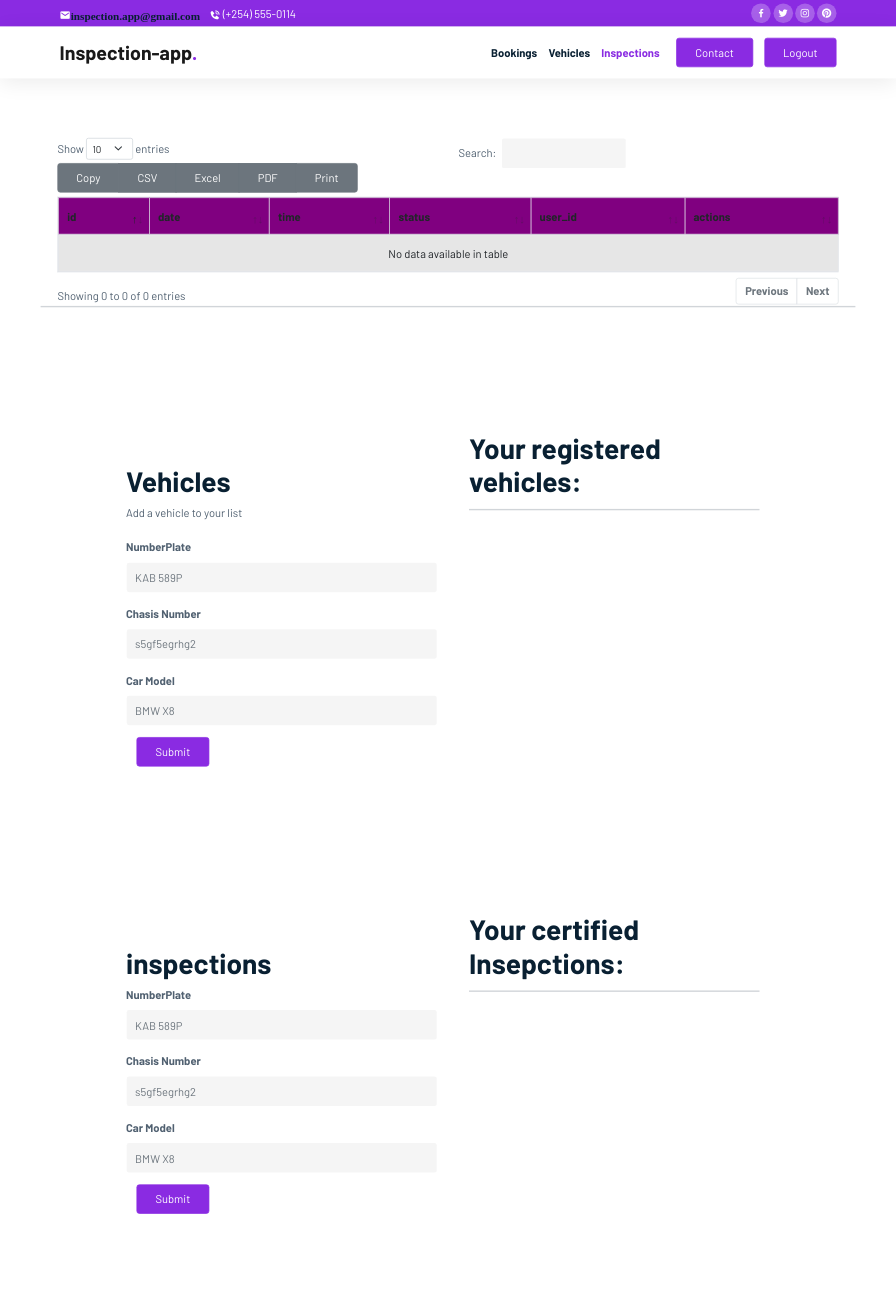
Repository: Jaynie8085/INSPECTION-APP
Page: client/admnDashboard.html
These files come from the project's save history. The page is drawn as it stood at one moment and after the next save; the edit follows.
The browser window is 1280 px wide. The pictures show the whole page, at 70% of full size.
The page's requests for data from a server got no answer.

Above is the page before, as saved 2022-10-17 06:01:19.
Console error: ReferenceError: fetchBookings is not defined

### client/admnDashboard.html
<!DOCTYPE html>
<html lang="en">

<head>
    <meta charset="UTF-8">
    <meta http-equiv="X-UA-Compatible" content="IE=edge">
    <meta name="viewport" content="width=device-width, initial-scale=1.0">
    <script src="/js/axios/dist/axios.min.js"></script>
    <script src="main.js"></script>
    <!-- Bootstrap CSS -->
    <link rel="stylesheet" href="css/bootstrap.min.css">
    <link rel="stylesheet" href="css/owl.carousel.min.css">
    <link rel="stylesheet" href="css/owl.theme.default.min.css">
    <link href='https://unpkg.com/boxicons@2.1.1/css/boxicons.min.css' rel='stylesheet'>
    <link rel="stylesheet" href="https://stackpath.bootstrapcdn.com/bootstrap/4.1.3/css/bootstrap.min.css"
        integrity="sha384-MCw98/SFnGE8fJT3GXwEOngsV7Zt27NXFoaoApmYm81iuXoPkFOJwJ8ERdknLPMO" crossorigin="anonymous">
    <link rel="stylesheet" href="css/style.css">
    <link rel="stylesheet" href="assets/css/datatables.min.css">
    <!-- <link rel="stylesheet" href="assets/css/style.css"> -->
    <title>userDashboard</title>
</head>

<body>

    <body data-bs-spy="scroll" data-bs-target=".navbar" data-bs-offset="70">


        <!-- TOP NAV -->
        <div class="top-nav" id="home">
            <div class="container">
                <div class="row justify-content-between">
                    <div class="col-auto">
                        <p> <i class='bx bxs-envelope'><a href="admnDashboard.html">inspection.app@gmail.com</p></a></i>
                        <p> <i class='bx bxs-phone-call'></i> (+254) 555-0114</p>
                    </div>
                    <div class="col-auto social-icons">
                        <a href="#"><i class='bx bxl-facebook'></i></a>
                        <a href="#"><i class='bx bxl-twitter'></i></a>
                        <a href="#"><i class='bx bxl-instagram'></i></a>
                        <a href="#"><i class='bx bxl-pinterest'></i></a>
                    </div>
                </div>
            </div>
        </div>

        <!-- BOTTOM NAV -->
        <nav class="navbar navbar-expand-lg navbar-light bg-white sticky-top">
            <div class="container">
                <a class="navbar-brand" href="admnDashboard.html">Inspection-app<span class="dot">.</span></a>
                <button class="navbar-toggler" type="button" data-bs-toggle="collapse" data-bs-target="#navbarNav"
                    aria-controls="navbarNav" aria-expanded="false" aria-label="Toggle navigation">
                    <span class="navbar-toggler-icon"></span>
                </button>
                <div class="collapse navbar-collapse" id="navbarNav">
                    <ul class="navbar-nav ms-auto">
                        <li class="nav-item">
                            <a class="nav-link" href="#home">Bookings</a>
                        </li>
                        <li class="nav-item">
                            <a class="nav-link" href="#vehicles">Vehicles</a>
                        </li>
                        <li class="nav-item">
                            <a class="nav-link" href="#inspections">Inspections</a>
                        </li>
                        </li>
                    </ul>
                    <a href="#" data-bs-toggle="modal" data-bs-target="#exampleModal"
                        class="btn btn-brand ms-lg-3">Contact</a>
                    <!-- Logout -->
                    <a href="index.html" class="btn btn-brand ms-lg-3">Logout</a>
                </div>

            </div>
        </nav>
        <!-- Bookings -->
        <section id="profile">
            <div class="container">
                <div class="row justify-content-center">
                    <table id="example" class="table table-striped table-bordered">
                        <thead class="" style="background-color:purple">
                            <tr>
                                <th>id</th>
                                <th>date</th>
                                <th>time</th>
                                <th>status</th>
                                <th>user_id</th>
                                <th>actions</th>
                            </tr>
                        </thead>
                        <tbody editable="true" id="mwili">
                            <!-- Add tbody here | DOM Manupilation -->
                        </tbody>
                    </table>
                    <!-- <div id="data-table" class="col-lg-5">
                        <ul id="bookings-list">
                        </ul>
                    </div> -->
                    <hr>
                </div>
            </div>
        </section>

        <!-- vehicles -->
        <section id="vehicles">
            <div class="container">
                <div class="row justify-content-center">
                    <div id="customer-frm" class="col-lg-5 py-5">
                        <form>
                            <h1>Vehicles</h1>
                            <p>Add a vehicle to your list</p>
                            <div class="form-group">
                                <label for="numberplate" class="form-label">NumberPlate</label>
                                <input type="text" class="form-control" placeholder="KAB 589P" id="numberplate"
                                    aria-describedby="emailHelp">
                            </div>
                            <div class="form-group">
                                <label for="chasisnumber" class="form-label">Chasis Number </label>
                                <input type="text" class="form-control" placeholder="s5gf5egrhg2" id="chasisnumber"
                                    aria-describedby="emailHelp">
                            </div>
                            <div class="form-group">
                                <label for="model" class="form-label">Car Model</label>
                                <input type="model" class="form-control" placeholder="BMW X8" id="model"
                                    aria-describedby="emailHelp">
                            </div>

                            <div class="col-12">
                                <button type="submit" class="btn btn-brand" onclick="vehicles();">Submit</button>
                            </div>
                        </form>
                    </div>
                    <div class="col-lg-5">
                        <div class="container center">
                            <h1>Your registered vehicles:</h1>
                            <div>
                                <ul id="quote-list">
                                </ul>
                            </div>
                            <hr>
                        </div>
                    </div>
                </div>
            </div>
            </div>
        </section>

        <!-- inspections -->
        <section id="inspections">
            <div class="container">
                <div class="row justify-content-center">
                    <div id="customer-frm" class="col-lg-5 py-5">
                        <form>
                            <h1>inspections</h1>
                            <!-- <p>Add a vehicle to your list</p> -->
                            <div class="form-group">
                                <label for="numberplate" class="form-label">NumberPlate</label>
                                <input type="text" class="form-control" placeholder="KAB 589P" id="numberplate"
                                    aria-describedby="emailHelp">
                            </div>
                            <div class="form-group">
                                <label for="chasisnumber" class="form-label">Chasis Number </label>
                                <input type="text" class="form-control" placeholder="s5gf5egrhg2" id="chasisnumber"
                                    aria-describedby="emailHelp">
                            </div>
                            <div class="form-group">
                                <label for="model" class="form-label">Car Model</label>
                                <input type="model" class="form-control" placeholder="BMW X8" id="model"
                                    aria-describedby="emailHelp">
                            </div>
                            <!-- <div class="col-12">
                        <label for="exampleInputEmail1" class="form-label">Enter General Description</label>
                        <textarea name="" placeholder="Type in your cars general description." class="form-contid=""  rows="4"></textarea>
                    </div> -->

                            <div class="col-12">
                                <button type="submit" class="btn btn-brand" onclick="vehicles();">Submit</button>
                            </div>
                        </form>
                    </div>
                    <div class="col-lg-5">
                        <div class="container center">
                            <h1>Your certified Insepctions:</h1>
                            <div>
                                <ul id="quote-list">
                                </ul>
                            </div>
                            <hr>
                        </div>
                    </div>
                </div>
            </div>
            </div>
        </section>

        <!-- Modal -->
        <div class="modal fade" id="exampleModal" tabindex="-1" aria-labelledby="exampleModalLabel" aria-hidden="true">
            <div class="modal-dialog modal-dialog-centered modal-xl">
                <div class="modal-content">
                    <div class="modal-body p-0">
                        <div class="container-fluid">
                            <div class="row gy-4">
                                <div class="col-lg-4 col-sm-12 bg-cover"
                                    style="background-image: url(img/isco.jpg); min-height:300px;">
                                    <div>

                                    </div>
                                </div>
                                <div class="col-lg-8">
                                    <form class="p-lg-5 col-12 row g-3">
                                        <div>
                                            <h1>Get in touch</h1>
                                            <p>Feel free to contact us and we will get back to you as soon as possible
                                            </p>
                                        </div>
                                        <div class="col-lg-6">
                                            <label for="userName" class="form-label">First name</label>
                                            <input type="text" class="form-control" placeholder="John" id="userName"
                                                aria-describedby="emailHelp">
                                        </div>
                                        <div class="col-lg-6">
                                            <label for="userName" class="form-label">Last name</label>
                                            <input type="text" class="form-control" placeholder="kamau" id="userName"
                                                aria-describedby="emailHelp">
                                        </div>
                                        <div class="col-12">
                                            <label for="userName" class="form-label">Email address</label>
                                            <input type="email" class="form-control" placeholder="Johnkamaa@gmail.com"
                                                id="userName" aria-describedby="emailHelp">
                                        </div>
                                        <div class="col-12">
                                            <label for="exampleInputEmail1" class="form-label">Enter Message</label>
                                            <textarea name=""
                                                placeholder="Yes,how can we help you,Type your message here."
                                                class="form-control" id="" rows="4"></textarea>
                                        </div>

                                        <div class="col-12">
                                            <button type="submit" class="btn btn-brand">Send Message</button>
                                        </div>
                                    </form>
                                </div>
                            </div>
                        </div>
                    </div>

                </div>
            </div>
        </div>


        <div class="modal fade" id="exampleModal" tabindex="-1" aria-labelledby="exampleModalLabel" aria-hidden="true">
            <div class="modal-dialog modal-dialog-centered modal-xl">
                <div class="modal-content">
                    <div class="modal-body p-0">
                        <div class="container-fluid">
                            <div class="row gy-4">
                                <div class="col-lg-4 col-sm-12 bg-cover"
                                    style="background-image: url(img/c2.jpg); min-height:300px;">
                                    <div>

                                    </div>
                                </div>
                                <div class="col-lg-8">
                                    <form class="p-lg-5 col-12 row g-3">
                                        <div>
                                            <h1>Get in touch with us</h1>
                                            <p>Feel free to contact us and we will get back to you as soon as possible
                                            </p>
                                        </div>
                                        <div class="col-lg-6">
                                            <label for="userName" class="form-label">First name</label>
                                            <input type="text" class="form-control" placeholder="John" id="userName"
                                                aria-describedby="emailHelp">
                                        </div>
                                        <div class="col-lg-6">
                                            <label for="userName" class="form-label">Last name</label>
                                            <input type="text" class="form-control" placeholder="kamau" id="userName"
                                                aria-describedby="emailHelp">
                                        </div>
                                        <div class="col-12">
                                            <label for="userName" class="form-label">Email address</label>
                                            <input type="email" class="form-control" placeholder="Johnkamaa@gmail.com"
                                                id="userName" aria-describedby="emailHelp">
                                        </div>
                                        <div class="col-12">
                                            <label for="exampleInputEmail1" class="form-label">Enter Message</label>
                                            <textarea name=""
                                                placeholder="Yes,how can we help you,Type your message here,,,"
                                                class="form-control" id="" rows="4"></textarea>
                                        </div>

                                        <div class="col-12">
                                            <button type="submit" class="btn btn-brand">Send Message</button>
                                        </div>
                                    </form>
                                </div>
                            </div>
                        </div>
                    </div>

                </div>
            </div>
        </div>

    <script src="assets/js/bootstrap.bundle.min.js"></script>
    <script src="assets/js/jquery-3.6.0.min.js"></script>
    <script src="assets/js/datatables.min.js"></script>
    <script src="assets/js/pdfmake.min.js"></script>
    <script src="assets/js/vfs_fonts.js"></script>
    <script src="assets/js/custom.js"></script>
        <script src="js/owl.carousel.min.js"></script>


        <script src="js/app.js"></script>
        <script src="index.js"></script>


    </body>

</html>

Loaded but not shown: client/js/axios/dist/axios.min.js (library); client/css/bootstrap.min.css (library); client/css/owl.carousel.min.css (library); client/css/owl.theme.default.min.css (common file); client/assets/css/datatables.min.css (library); client/assets/js/bootstrap.bundle.min.js (library); client/assets/js/jquery-3.6.0.min.js (library); client/assets/js/datatables.min.js (library); client/assets/js/pdfmake.min.js (library); client/assets/js/vfs_fonts.js (library); client/js/owl.carousel.min.js (library); client/index.js (193 lines, source omitted); client/main.js (172 lines, source omitted); client/assets/js/custom.js (57 lines, source omitted); client/js/app.js (34 lines, source omitted); client/css/style.css (543 lines, source omitted)

After the next save:
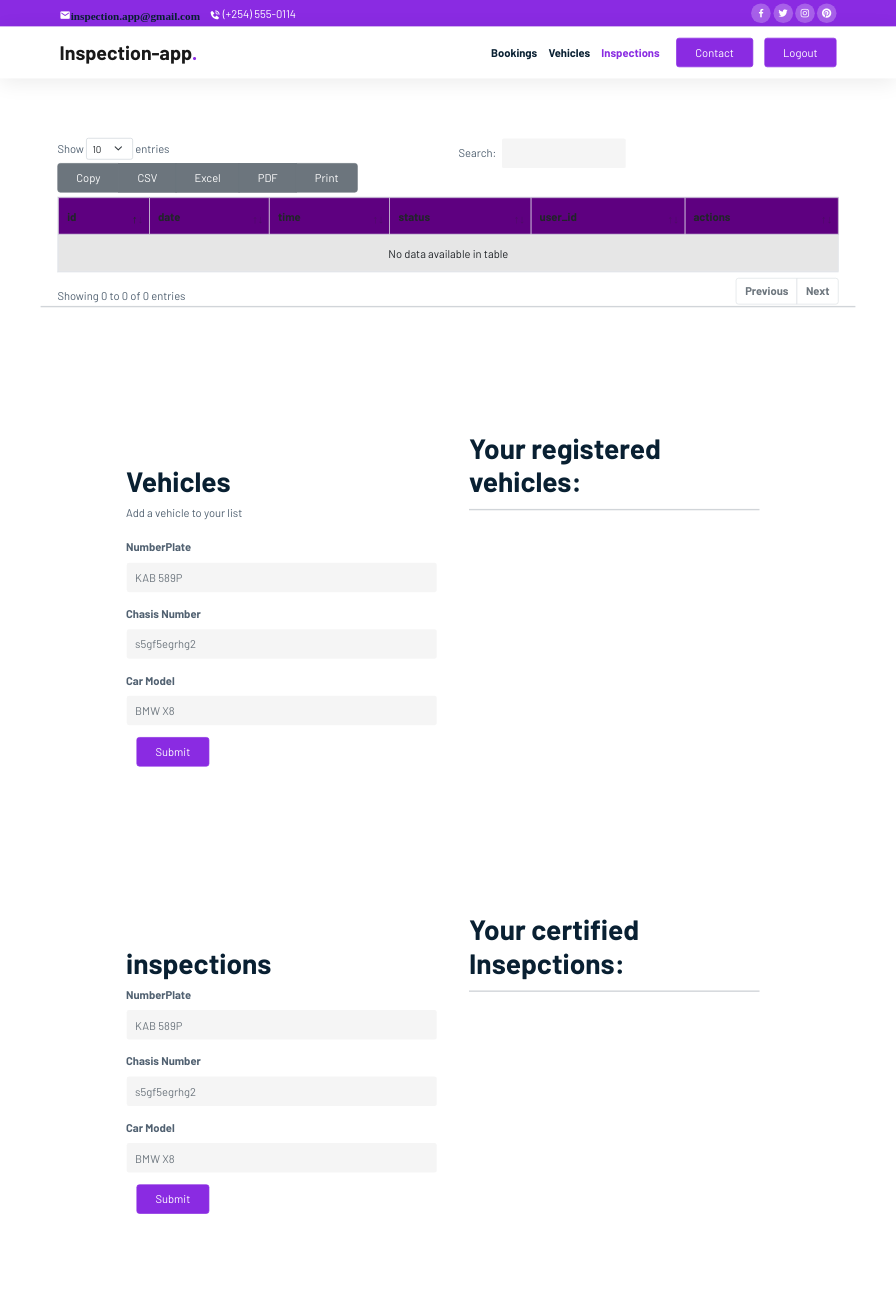
Saved 13 s later.
--- a/client/admnDashboard.html
+++ b/client/admnDashboard.html
@@ -77,7 +77,7 @@
             <div class="container">
                 <div class="row justify-content-center">
                     <table id="example" class="table table-striped table-bordered">
-                        <thead class="" style="background-color:purple">
+                        <thead class="" style="background-color:rgb(94, 0, 128)">
                             <tr>
                                 <th>id</th>
                                 <th>date</th>
